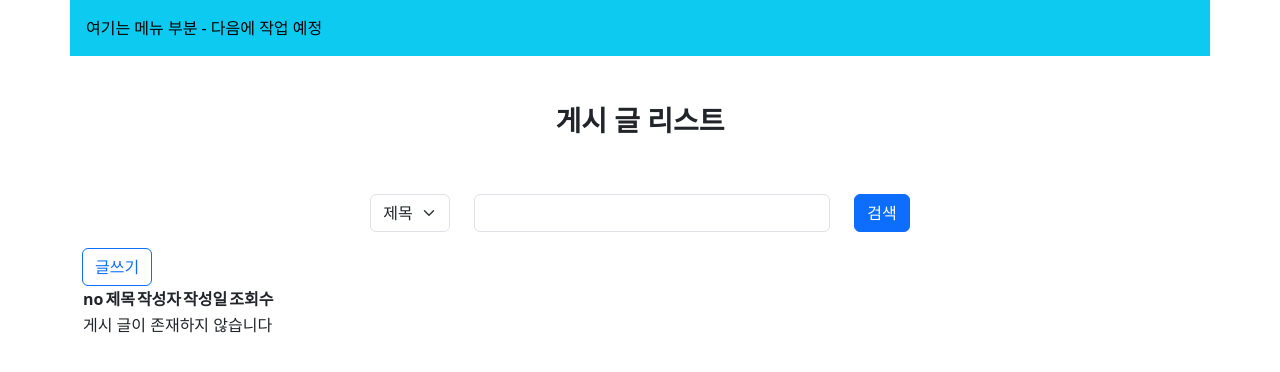
Repository: lopanghub/git_study
Page: http://localhost/JSPClassCh06/WEB-INF/board/boardList.jsp
These files come from the project's save history. The page is drawn as it stood at one moment and after the next save; the edit follows.
The browser window is 1280 px wide. The pictures show the whole page.
The page is served by Tomcat 9. Nobody is signed in. The template is opened directly, without the code that normally fills it, so the values that code supplies are empty.

Above is the page before, as saved 2024-04-09 05:39:22.

After the next save:
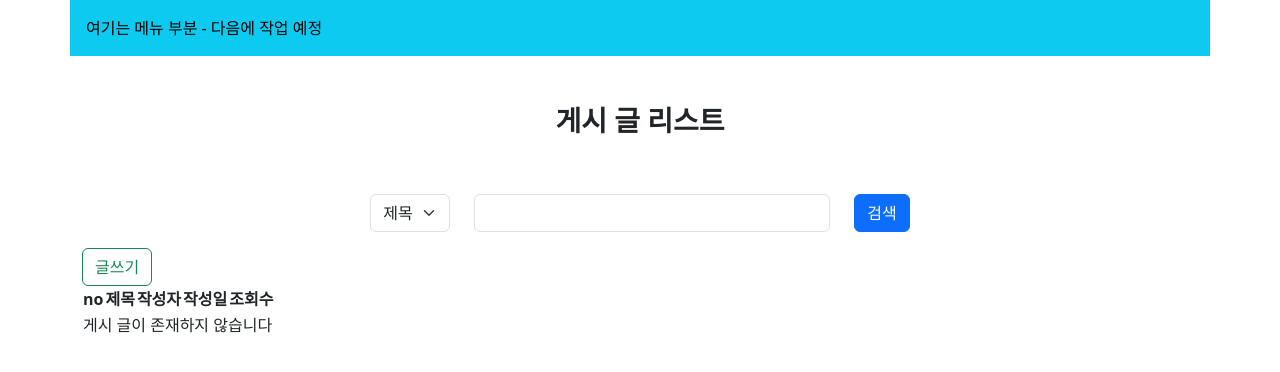
Saved 19 s later.
--- a/JSPStudy/JSPClassCh06/src/main/webapp/WEB-INF/board/boardList.jsp
+++ b/JSPStudy/JSPClassCh06/src/main/webapp/WEB-INF/board/boardList.jsp
@@ -48,7 +48,7 @@
 		</form>
 		<div class="row">
 			<div class="col">
-				<a href="writeForm" class="btn btn-outline-primary">글쓰기</a>
+				<a href="writeForm" class="btn btn-outline-success">글쓰기</a>
 			</div>
 		</div>
 
